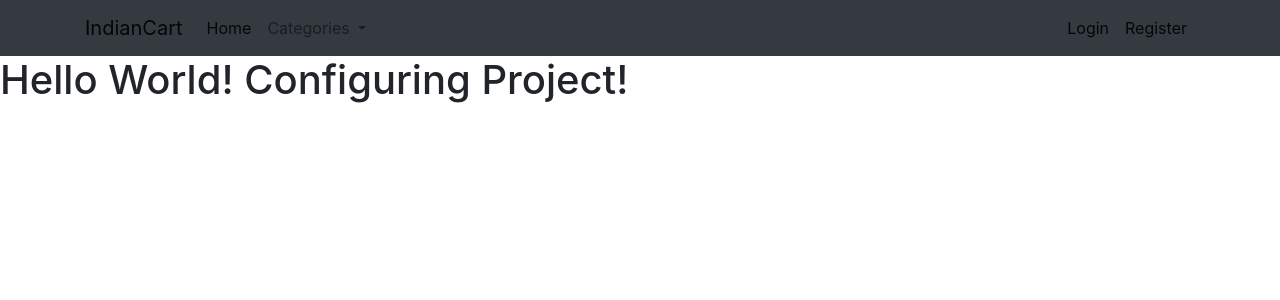
Repository: neerajchavan/E-Commerce-Project
Page: http://localhost/E-Commerce-Project/index.jsp
The author's editor kept a copy of each file at every save. The page is drawn from the files as they stood at one save, then again after a run of saves.
The browser window is 1280 px wide. The pictures show the whole page.
Some web libraries are served in a nearby version. The page is served by Tomcat 9. Other server files are loaded and not shown.

Above is the page before, as saved 2020-10-07 15:04:26.

### E-Commerce-Project/WebContent/index.jsp
<%@ page language="java" contentType="text/html; charset=UTF-8"
    pageEncoding="UTF-8"%>
<!DOCTYPE html>
<html>

<head>
<meta charset="UTF-8">
<title>Insert title here</title>
<%@include file="Components/Common_JS_CSS.jsp" %>

</head>

<body>
	<%@include file="Components/navbar.jsp" %>
	<h1>Hello World! Configuring Project!</h1>
</body>

</html>

### E-Commerce-Project/WebContent/Components/Common_JS_CSS.jsp
<!-- CSS -->
<link rel="stylesheet" href="https://maxcdn.bootstrapcdn.com/bootstrap/4.0.0/css/bootstrap.min.css" integrity="sha384-Gn5384xqQ1aoWXA+058RXPxPg6fy4IWvTNh0E263XmFcJlSAwiGgFAW/dAiS6JXm" crossorigin="anonymous">
<link rel="stylesheet" type="text/css" href="/CSS/Style.css">

<!-- BOOTSTRAP -->
<script src="https://code.jquery.com/jquery-3.2.1.slim.min.js" integrity="sha384-KJ3o2DKtIkvYIK3UENzmM7KCkRr/rE9/Qpg6aAZGJwFDMVNA/GpGFF93hXpG5KkN" crossorigin="anonymous"></script>
<script src="https://cdnjs.cloudflare.com/ajax/libs/popper.js/1.12.9/umd/popper.min.js" integrity="sha384-ApNbgh9B+Y1QKtv3Rn7W3mgPxhU9K/ScQsAP7hUibX39j7fakFPskvXusvfa0b4Q" crossorigin="anonymous"></script>
<script src="https://maxcdn.bootstrapcdn.com/bootstrap/4.0.0/js/bootstrap.min.js" integrity="sha384-JZR6Spejh4U02d8jOt6vLEHfe/JQGiRRSQQxSfFWpi1MquVdAyjUar5+76PVCmYl" crossorigin="anonymous"></script>

<!-- JS -->
<script src="js/script.js"></script>

### E-Commerce-Project/WebContent/Components/navbar.jsp
<nav class="navbar navbar-expand-lg navbar-light bg-dark">
<div class="container">
  <a class="navbar-brand" href="#">IndianCart</a>
  <button class="navbar-toggler" type="button" data-toggle="collapse" data-target="#navbarSupportedContent" aria-controls="navbarSupportedContent" aria-expanded="false" aria-label="Toggle navigation">
    <span class="navbar-toggler-icon"></span>
  </button>

  <div class="collapse navbar-collapse" id="navbarSupportedContent">
    <ul class="navbar-nav mr-auto">
      <li class="nav-item active">
        <a class="nav-link" href="#">Home <span class="sr-only">(current)</span></a>
      </li>

      <li class="nav-item dropdown">
        <a class="nav-link dropdown-toggle" href="#" id="navbarDropdown" role="button" data-toggle="dropdown" aria-haspopup="true" aria-expanded="false">
          Categories
        </a>
        <div class="dropdown-menu" aria-labelledby="navbarDropdown">
          <a class="dropdown-item" href="#">Action</a>
          <a class="dropdown-item" href="#">Another action</a>
          <div class="dropdown-divider"></div>
          <a class="dropdown-item" href="#">Something else here</a>
        </div>
      </li>

    </ul>

	<ul class="navbar-nav ml-auto">
		<li class="nav-item active">
        	<a class="nav-link" href="Login.jsp">Login</a>
      </li>

      <li class="nav-item active">
        	<a class="nav-link" href="Register.jsp">Register</a>
      </li>

	</ul>
  </div>
</div>
</nav>

### E-Commerce-Project/WebContent/CSS/Style.css
.custom-bg{
	background:#2196f3!important;
}

### E-Commerce-Project/WebContent/JS/Script.js
alert('Loading JS!')

After the next 2 saves:
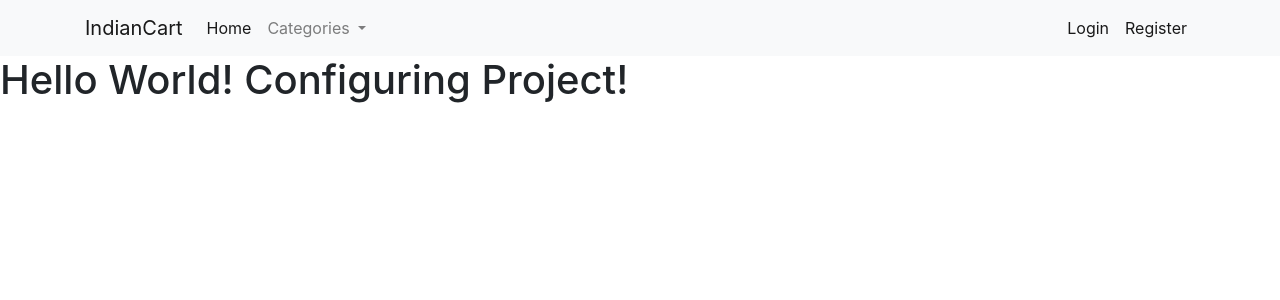
The 2 saves are shown as one change because they came seconds apart.
The last was saved 7 s later.
--- a/E-Commerce-Project/WebContent/Components/navbar.jsp
+++ b/E-Commerce-Project/WebContent/Components/navbar.jsp
@@ -1,4 +1,4 @@
-<nav class="navbar navbar-expand-lg navbar-light bg-dark">
+<nav class="navbar navbar-expand-lg navbar-light bg-light">
 <div class="container">
   <a class="navbar-brand" href="#">IndianCart</a>
   <button class="navbar-toggler" type="button" data-toggle="collapse" data-target="#navbarSupportedContent" aria-controls="navbarSupportedContent" aria-expanded="false" aria-label="Toggle navigation">
